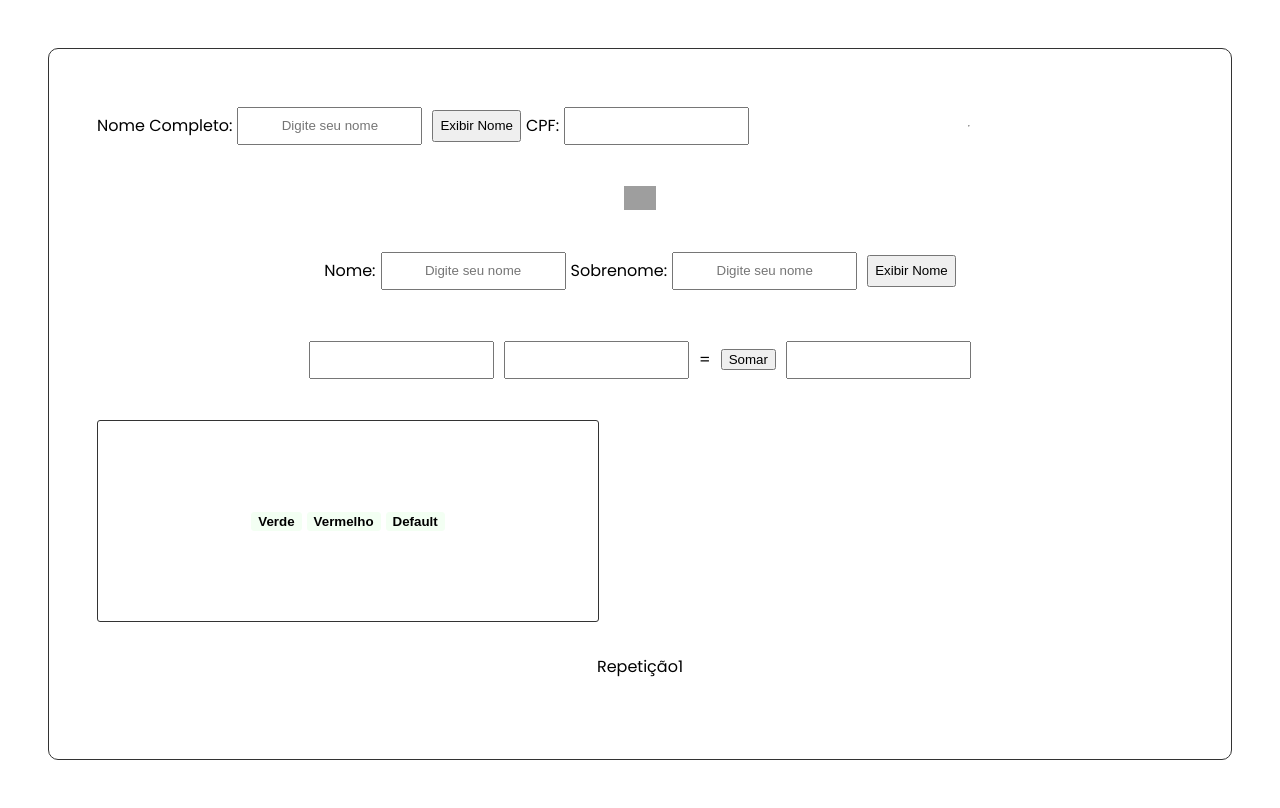
Repository: guilhermecardoso93/exerciciosjs
Page: index.html
The author's editor kept a copy of each file at every save. The page is drawn from the files as they stood at one save, then again after the next save.
The browser window is 1280 px wide. The pictures show the whole page.
Pictures or frames that could not be fetched are drawn as grey boxes.

Above is the page before, as saved 2023-05-21 16:28:13.

After the next save:
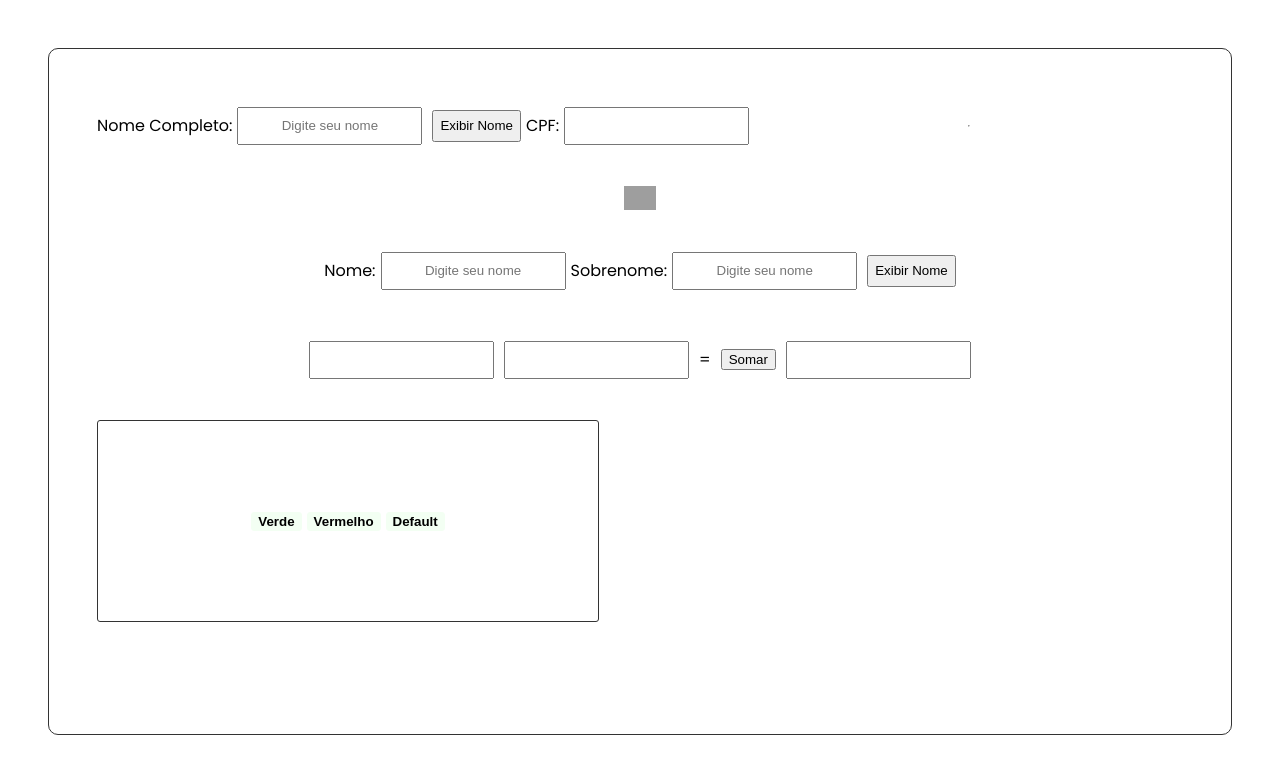
Console error: SyntaxError: Invalid left-hand side in assignment
Saved 5 s later.
--- a/script.js
+++ b/script.js
@@ -21,4 +21,4 @@
 
 const divResultado = document.getElementById('resultado')
 
-divResultado.innerHTML = 'Repetição' +1
+divResultado.innerHTML = 'Repetição' +=1

After the 2 saves that followed:
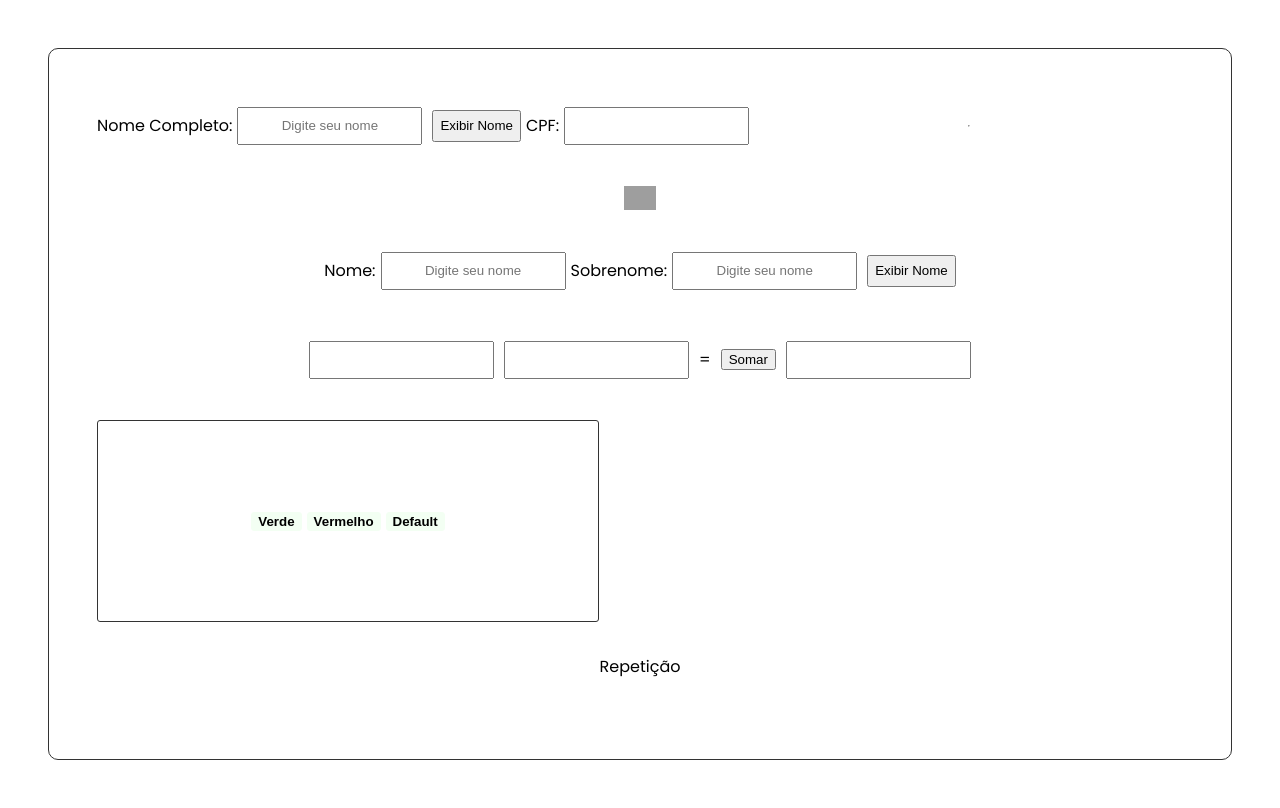
The error is gone.
The 2 saves are shown as one change because 1 left the picture as it was.
The last was saved 11 s later.
--- a/script.js
+++ b/script.js
@@ -21,4 +21,4 @@
 
 const divResultado = document.getElementById('resultado')
 
-divResultado.innerHTML = 'Repetição' +=1
+divResultado.innerHTML = 'Repetição'
